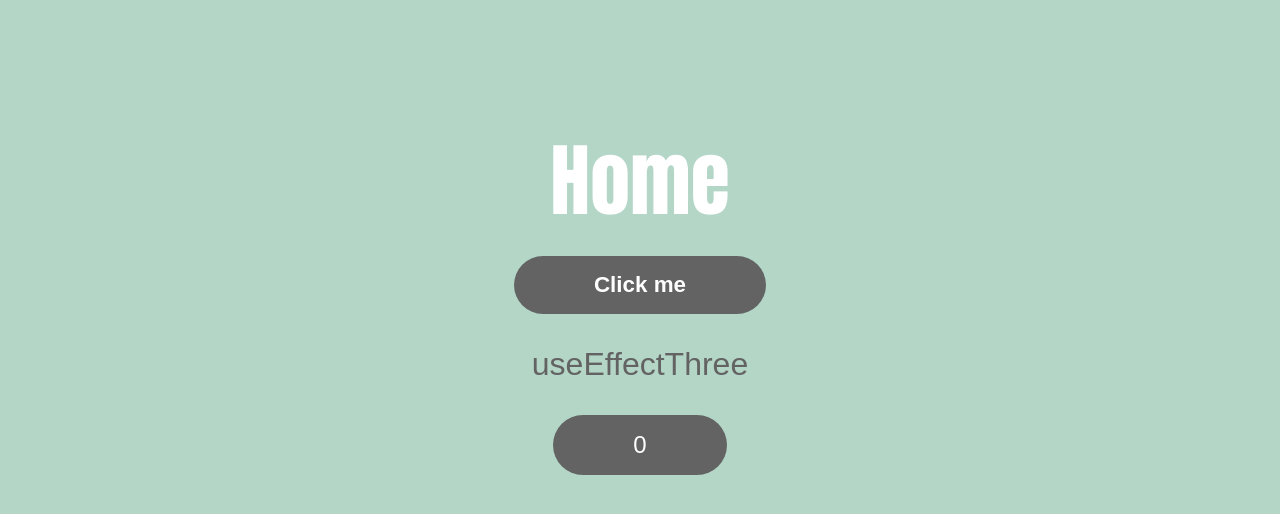
Repository: jennydmcm/useeffect-carousel
Page: /useEffectThree
These files come from the project's save history. The page is drawn as it stood at one moment and after the next save; the edit follows.
The browser window is 1280 px wide. The pictures show the whole page.
The project was rebuilt for these pictures with package versions that can differ from the ones it lists, and the page was loaded fresh each time. The framework's server and built-in components were replaced by stand-ins that run in the browser. Also part of the build but not shown: next.config.js.

Above is the page before, as saved 2023-02-23 19:15:27.

### pages/useEffectThree.js
import Link from "next/link"
import { useEffect, useState } from "react"
import styles from '@/styles/UseEffectThree.module.css'



export default function useEffectThree() {
    const [number, setNumber] = useState(0);

    const [value, setValue] = useState(-10);

    useEffect(() => {
        setValue(value + 10)
    }, [number])

    return (
        <>
            <main className={styles.main}>
                <Link className={styles.homelink} href="/">Home</Link>
                <div>
                    <button className={styles.button} onClick={() => setNumber(number + 1)}>Click me</button>
                </div>
                <div className={styles.title} >
                    useEffectThree
                </div>
                <div className={styles.number}>
                    {value}
                </div>
            </main>
        </>
    )

}

### styles/globals.css
:root {
    --background-color: #B4D6C7;
    --text-hover: #636363;
}

body {
    background-color: var(--background-color);
}

### styles/UseEffectThree.module.css
.main {
    display: flex;
    flex-direction: column;
    justify-content: center;
    align-items: center;
    padding: 6rem;
    min-height: 50vh;
}

.homelink {
    font-family: Impact, Haettenschweiler, 'Arial Narrow Bold', sans-serif;
    font-size: 5rem;
    color: white;
    text-decoration: none;
    padding: 1rem;
}

.homelink:hover {
    color: var(--text-hover);
}

.button {
    padding: 1rem;
    padding-left: 5rem;
    padding-right: 5rem;
    background-color: var(--text-hover);
    font-family: Arial, Helvetica, sans-serif;
    font-size: 1.4rem;
    color: white;
    font-weight: bold;
    border: none;
    border-radius: 5rem;
}

.button:hover {
    background-color: white;
    color: var(--text-hover);
}

.title {
    font-family: Arial, Helvetica, sans-serif;
    font-size: 2rem;
    color: var(--text-hover);
    padding: 2rem;
}

.number {
    font-family: Arial, Helvetica, sans-serif;
    font-size: 1.5rem;
    color: white;
    padding: 1rem;
    padding-left: 5rem;
    padding-right: 5rem;
    background-color: var(--text-hover);
    border-radius: 5rem;


}

Loaded but not shown: pages/_app.js (common file); pages/_document.js (common file)

After the next save:
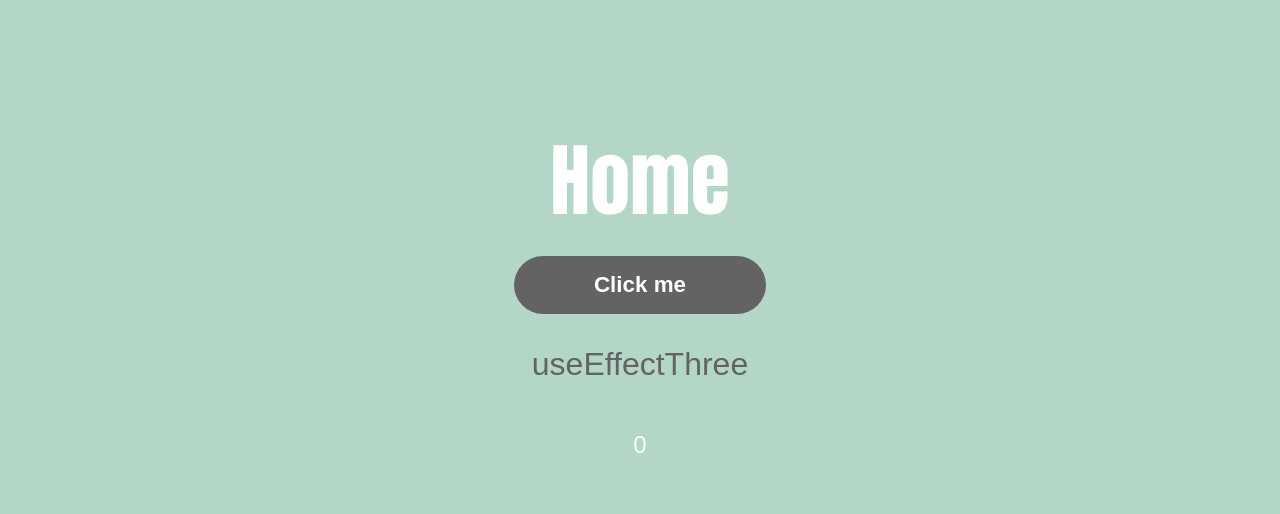
Saved 16 s later.
--- a/styles/UseEffectThree.module.css
+++ b/styles/UseEffectThree.module.css
@@ -51,7 +51,7 @@
     padding: 1rem;
     padding-left: 5rem;
     padding-right: 5rem;
-    background-color: var(--text-hover);
+    background-color: none;
     border-radius: 5rem;
 
 
